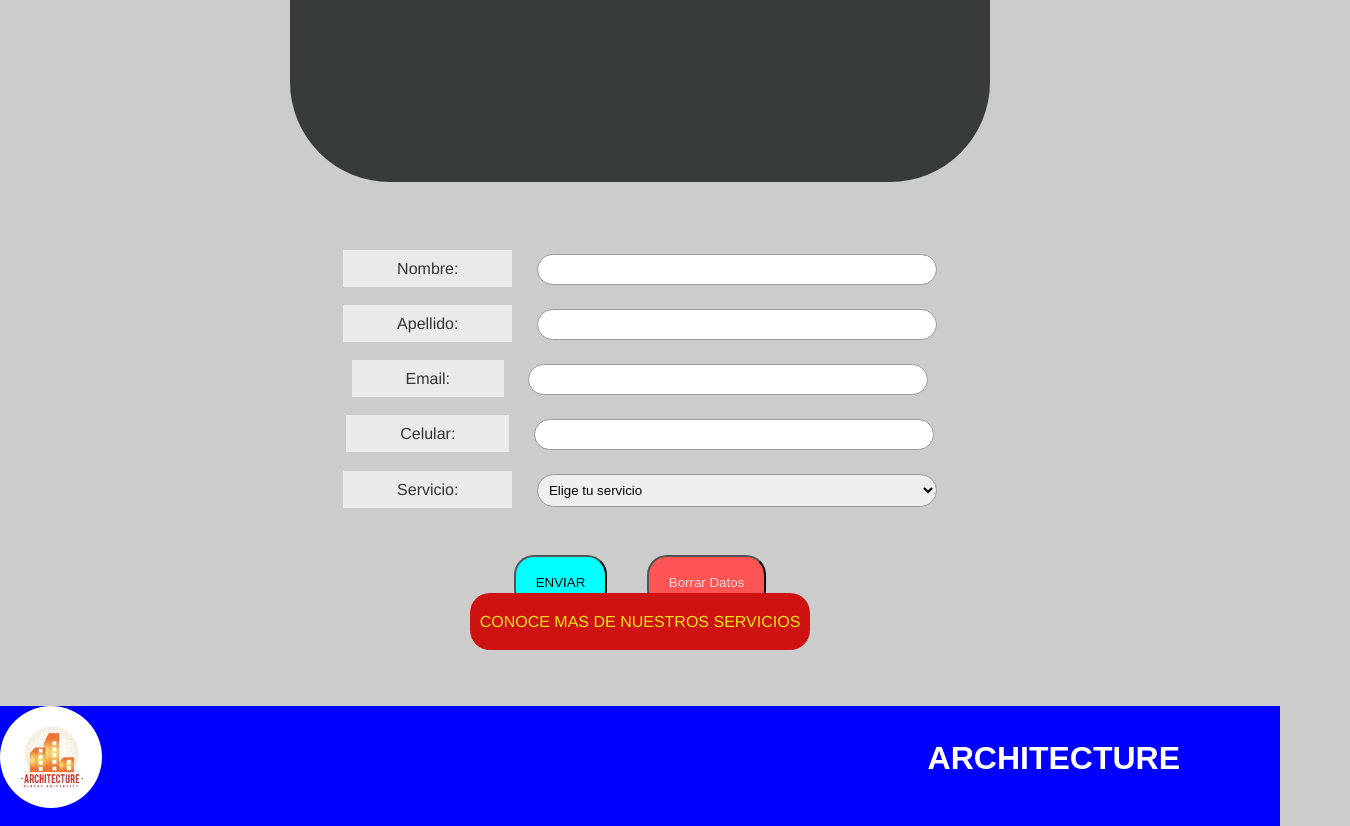
Repository: gabrielestrella18/htdocs
Page: http://localhost/
The author's editor kept a copy of each file at every save. The page is drawn from the files as they stood at one save, then again after the next save.
The browser window is 1280 px wide. The page is 1350 px wide, so the pictures cover 1350 px, including what lies to the right of the window. The pictures show the part of the page from y = 1077 to 1945 px (the page is 1903 px tall before and 2247 px after).
Pictures or frames that could not be fetched are drawn as grey boxes. The page is run by PHP 8.4 with error messages shown; the project is at /var/www/html/.

Above is the page before, as saved 2024-05-17 11:38:01.

### arquitectos/index.php
<!DOCTYPE html>
<html lang="en">
  <head>
    <title></title>
    <meta charset="UTF-8">
    <meta name="viewport" content="width=device-width, initial-scale=1">
    <link href="estilo.css" rel="stylesheet">
  </head>
  <body>

<?php
include "arriba.php"
?>

<?php
include "menu.php"
?>

<div class="contenedor_fondo">

<h2 class="textofoto">CONOCE LAS MEJORES OPCIONES PARA CONSTRUIR TU HOGAR<br> APROVECHA YA!</h2>
</div>

<br> <br> <br>





<div class="video">

<iframe width="560" height="315" src="https://www.youtube.com/embed/0-ncyfpe_7Q?si=rciG1xyyapmXkrUb" title="YouTube video player" frameborder="0" allow="accelerometer; autoplay; clipboard-write; encrypted-media; gyroscope; picture-in-picture; web-share" allowfullscreen></iframe>
</div>

<br> <br> <br>

<div class="form">
        <form  class="centro" action="altacontactos.php" method="post">
          <label for="" class="cuadrado">Nombre:</label>
          <input type="text" name="Nombre" class="campos" required><br><br>
          <label for="" class="cuadrado">Apellido:</label>
          <input type="text" name="Apellido" class="campos" required><br><br>
          <label for="" class="cuadrado">Email:</label>
          <input type="email" name="Correo" class="campos" required><br><br>
          <label for="" class="cuadrado">Celular:</label>
          <input type="tel" name="Celular" class="campos" required><br>
          <br><label for="" class="cuadrado">Servicio:</label>
          <select name="Servicio" id="" class="campos" required><br>
            <option value="#" selected>Elige tu servicio</option>
            <option value="Planifica Hogar">Planifica Hogar</option>
            <option value="Construye Hogar">Construye Hogar</option>
            <option value="Remodela Hogar">Remodela Hogar</option>

          </select><br><br><br>
          <button type="submit" id="guardar" class="boton4">ENVIAR</button>
          <button type="reset" id="Eliminar" class="boton3">Borrar Datos</button>
        </form>
      </div>

       </div>


<div class="botoncito">
  <a href="servicios.php"class="boton1">CONOCE MAS DE NUESTROS SERVICIOS</a>
</div>
<br><br><br>
<?php
include "abajo.php"
?>
  </body>
</html>

### arquitectos/arriba.php
<div class="azul">
  <img  class="lg"src="imagenes/arch.jpg" alt="">

  <h1>ARCHITECTURE</h1>
</div>

### arquitectos/menu.php
<div class="menu">
<div class="menuOpciones">
            <a href="index.php">Inicio</a>
            <a href="servicios.php">Servicios</a>
            <a href="proyectos.php">Proyectos Realizados</a>
            <a href="contactos.php">Contactanos</a>
            </div>

</div>

### arquitectos/abajo.php

<div class="azul">
  <img  class="lg"src="imagenes/arch.jpg" alt="">

  <h1>ARCHITECTURE</h1>
</div>

### arquitectos/estilo.css
* {
    box-sizing: border-box;
    margin: 0;
    padding: 0;
}

body {
    font-family: helvetica;
    font-size: 16px;
    line-height: 24px;
    color: #333;
    background-color: #cccccc;
    max-width: 1400px;
}

.azul {
    background-color: blue;
    padding-bottom: 120px;
}

.lg {
    float: left;
    width: 8%;
    height: 8%;
    border-radius: 80px;
}

h1 {
    color: white;
    float: right;
    font-family: sans-serif;
    text-align: end;
    padding-top: 40px;
    padding-right: 100px;
}

.menu {
    border: 1px #54b9ff solid;
    background-color: #54b9ff;
    height: 65px;
}

.menuOpciones {
    padding-top: 12px;
    text-align: center;
    margin-top: 5px;
    padding-left: 40px;
    font-size: x-large;
}

.menuOpciones a {
    text-decoration: none;
    color: white;
    padding: 10px;
}

.menuOpciones a:hover {
    color: #373b39;
    background-color: #0afc83;
    padding-top: 16px;
    padding-bottom: 21px;
}

.contenedor_fondo {
    width: 1350px;
    height: 600px;
    margin: auto;
    background-image: url(imagenes/fondoarq.jpg);
    background-repeat: no-repeat;
    background-size: cover;
}

.textofoto {
    color: rgb(7, 2, 2);
    margin: auto;
    text-align: center;
    line-height: 35px;
    padding-top: 200px;
    font-size: x-large;
}

.video {
    text-align: center;
    background-color: #373b39;
    border-radius: 100px;
    width: 700px;
    margin: auto;
    padding-top: 40px;
    padding-bottom: 40px;
}

.botoncito {
    text-align: center;
}

.boton1 {
    color: #ece80f;
    background-color: #ce1111;
    padding-top: 20px;
    padding-bottom: 20px;
    padding-left: 10px;
    padding-right: 10px;
    border-radius: 20px;
    text-decoration: none;
}

h3 {
    text-align: center;
}

.serv {
    background-color: #ece80f;
    padding-top: 20px;
    padding-bottom: 20px;
    padding-left: 10px;
    padding-right: 10px;
    border-radius: 20px;
}

.ser {
    padding-left: 450px;
    padding-right: 450px;
}

p {
    font-weight: 400px;
    font-size: xx-large;
}

.text {
    text-align: center;
}

.caja1 {
    float: left;
    padding-left: 150px;
    padding-top: 60px;
}

.caja2 {
    float: right
}

.plan {
    width: 70%;
    height: 70%;
}

.rojo {
    color: rgb(255, 0, 0);
    font-weight: 800;
}

.text {
    color: black;
    font-size: large;
}

.caja3 {
    float: right;
    padding-right: 200px;
    padding-top: 120px;
}

.caja4 {
    float: left;
}

.co {
    padding-left: 100px;
    width: 600px;
    height: 320px;
}

.caja5 {
    float: left;
    padding-left: 150px;
    padding-top: 60px;
}

.caja6 {
    float: right;
    padding-right: 200px;
}

.re {
    width: 450px;
    height: 300px;
}

.display {
    display: inline-block;
    width: 1350px;
}

.mira {
    text-align: center;
    display: inline-block;
    width: 700px;
}

.ubica {
    display: inline-block;
    width: 600px;
    text-align: center;
    padding-left: 150px;
}

.ubi {
    width: 600px;
    height: 300px;
}

.boton2 {
    color: #ece80f;
    background-color: #ce1111;
    padding-top: 20px;
    padding-bottom: 20px;
    padding-left: 10px;
    padding-right: 10px;
    border-radius: 20px;
    text-decoration: none;
}

.rapi {
    color: rgb(243, 243, 248);
    font-family: 'Franklin Gothic Medium';
    font-size: large;
    background-color: rgb(68, 67, 66);
    border-radius: 20px;
    padding-top: 10px;
    padding-bottom: 10px;
    display: inline-block;
    padding-left: 10px;
    padding-right: 10px;
}

.cuadrado {
    border: 4px #eaeaea solid;
    background-color: #eaeaea;
    padding: 6px 50px;
}

.campos {
    border-radius: 20px;
    border: 1px #999 solid;
    padding: 7px;
    width: 400px;
    /* para que se separen */
    margin-left: 20px;
}

.boton3 {
    padding: 5px 10px;
    margin-left: 35px;
    color: #f0dbdb;
    background-color: #ff5454;
    border-radius: 20px;
    padding-top: 18px;
    padding-bottom: 18px;
    padding-left: 20px;
    padding-right: 20px;
}

.boton3:hover {
    background-color: #38065a;
    color: white;
}

.boton4 {
    padding: 5px 10px;
    background-color: aqua;
    border-radius: 20px;
    padding-top: 18px;
    padding-bottom: 18px;
    padding-left: 20px;
    padding-right: 20px;
}

.boton4:hover {
    background-color: #aaff0b;
    color: white;
}

.centro {
    text-align: center;
}

.contenedor2 {
    width: 1350px;
    height: 700px;
    margin: auto;
    background-image: url(imagenes/muchos.gif);
    background-repeat: no-repeat;
    background-size: cover;
}

h4 {
    color: blue;
    text-align: center;
    font-size: xx-large;
}

.admi {
    text-align: center;
}

.ad {
    color: white;
    background-color: rgb(46, 42, 42);
    border-radius: 20px;
    padding-top: 10px;
    padding-bottom: 10px;
    padding-left: 10px;
    padding-right: 10px;
}

h5 {
    color: blue;
    text-align: center;
    font-size: xx-large;
}

#proy {
    color: white;
    background-color: rgb(5, 5, 48);
    border-radius: 20px;
    padding-top: 10px;
    padding-bottom: 10px;
    padding-left: 10px;
    padding-right: 10px;
    text-decoration: none;
}

.alin {
    display: inline-block;
    width: 600px;
    text-align: center;
}

.lateral {
    display: inline-block;
    width: 1300px;
}

.mueble {
    display: inline-block;
    width: 600px;
}

.mueb {
    width: 70%;
    height: 90%;
}

#cabecera {
    color: #333;
    background-color: yellow;
    text-align: center;
    font-size: x-large;
    padding-top: 30px;
    padding-bottom: 30px;
}

.ancho {
    width: 1000px;
    background-color: aqua;
}

#form1 {
    text-align: center;
}

p {
    font-family: Georgia, 'Times New Roman', Times, serif;
}

#guardarfoto {
    background-color: blueviolet;
    color: aliceblue;
    border: 0;
    padding: 10px 30px;
    border-radius: 10px;
}

.alinear {
    text-align: right;
    padding-right: 300px;
}

#mostrar {
    background-color: #800000;
    color: white;
    border: 0;
    padding: 10px 30px;
    border-radius: 10px;
}

.contenedor {
    max-width: 1000px;
    margin: auto;
    text-align: center;
}


/* FOTOS */


/* .fotos {
    border: 1px #999999 solid;
    padding: 10px;
    border-radius: 10px;
    float: left;
    margin-top: 10px;
} */

.fotos_promo {
    border: #b9e3eb solid;
    width: 300px;
    height: 300px;
    object-fit: cover;
}

.titulo_promo {
    width: auto;
    padding: 10px;
    background-color: #ececec;
    font-size: small;
}

.cajas {
    padding-top: 15px;
    width: 400px;
    display: inline-block;
    margin-right: 20px;
    margin-bottom: 20px;
}

After the next save:
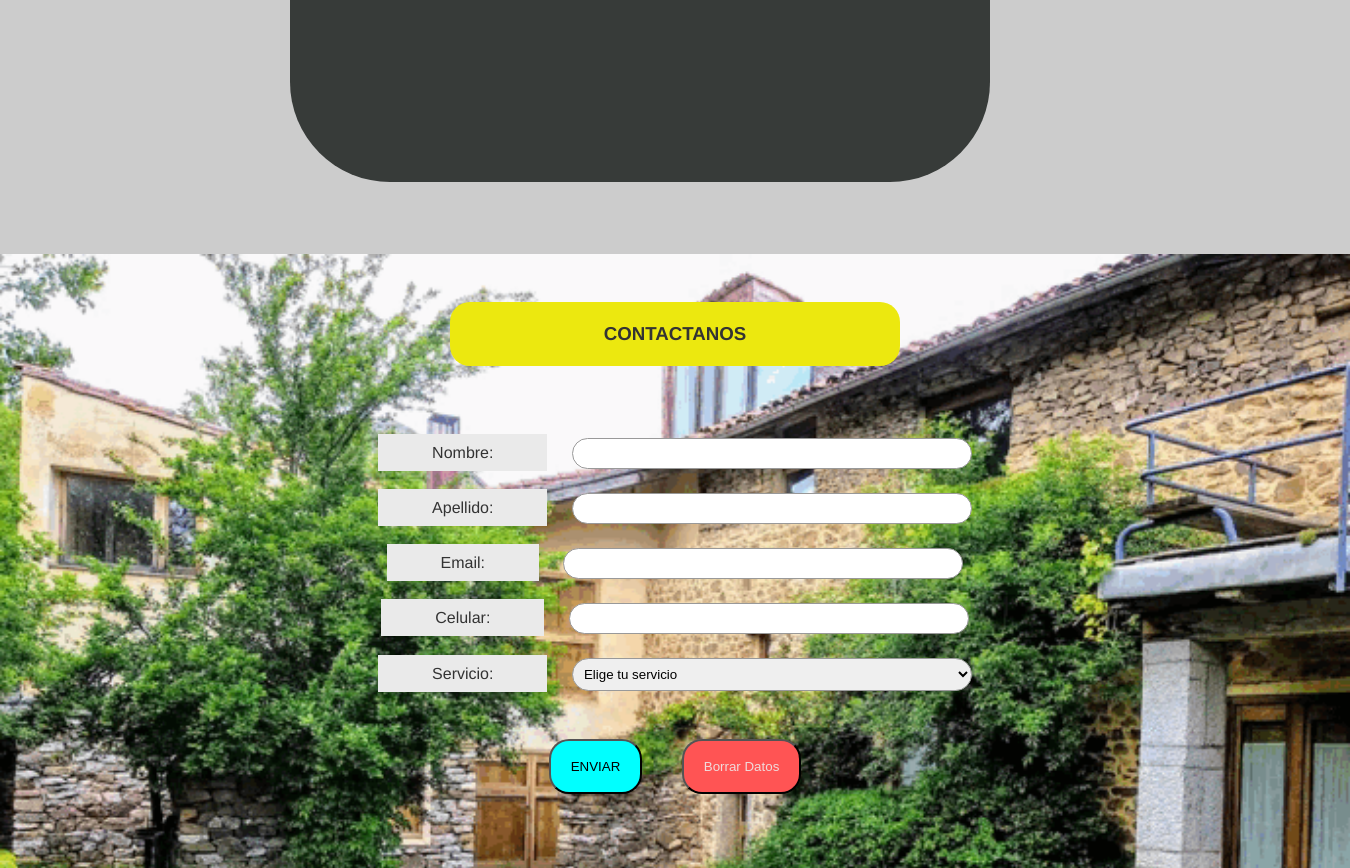
Saved 58 s later.
--- a/arquitectos/index.php
+++ b/arquitectos/index.php
@@ -34,7 +34,15 @@ include "menu.php"
 
 <br> <br> <br>
 
-<div class="form">
+<div class="contenedor2">
+<br><br>
+<div class="ser">
+<h3 class="serv">CONTACTANOS</h3>
+</div>
+<br><br><br>
+
+
+    <div class="form">
         <form  class="centro" action="altacontactos.php" method="post">
           <label for="" class="cuadrado">Nombre:</label>
           <input type="text" name="Nombre" class="campos" required><br><br>
